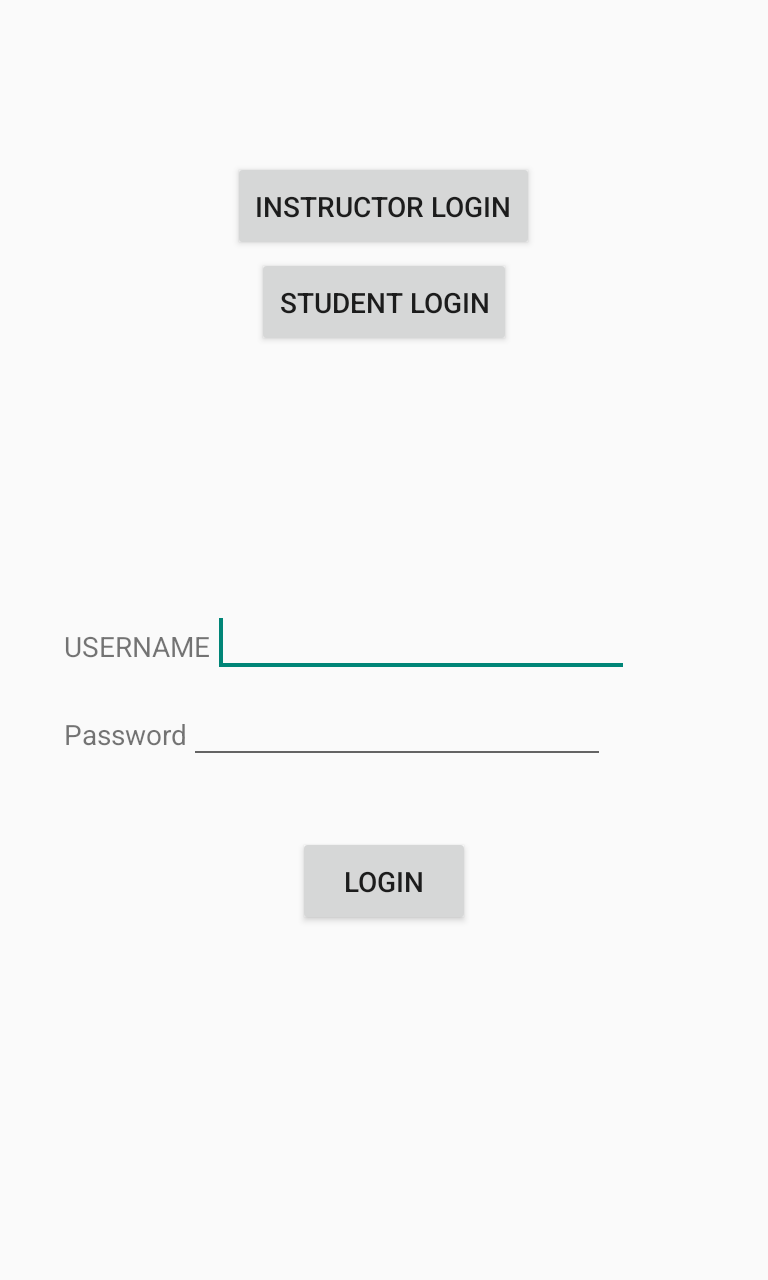
Repository: shuktika12163/ReWise
Layout: ReWise/res/layout/activity_main_login.xml
An editor plug-in stored every save of this project. The layout is shown before and after the next save, followed by the edit.
It is drawn on a 768 x 1280 px phone screen (xhdpi) without system bars, with theme AppTheme; the app's code is not run.

Above is the layout before, as saved 2014-10-29 13:30:50.

After the next save:
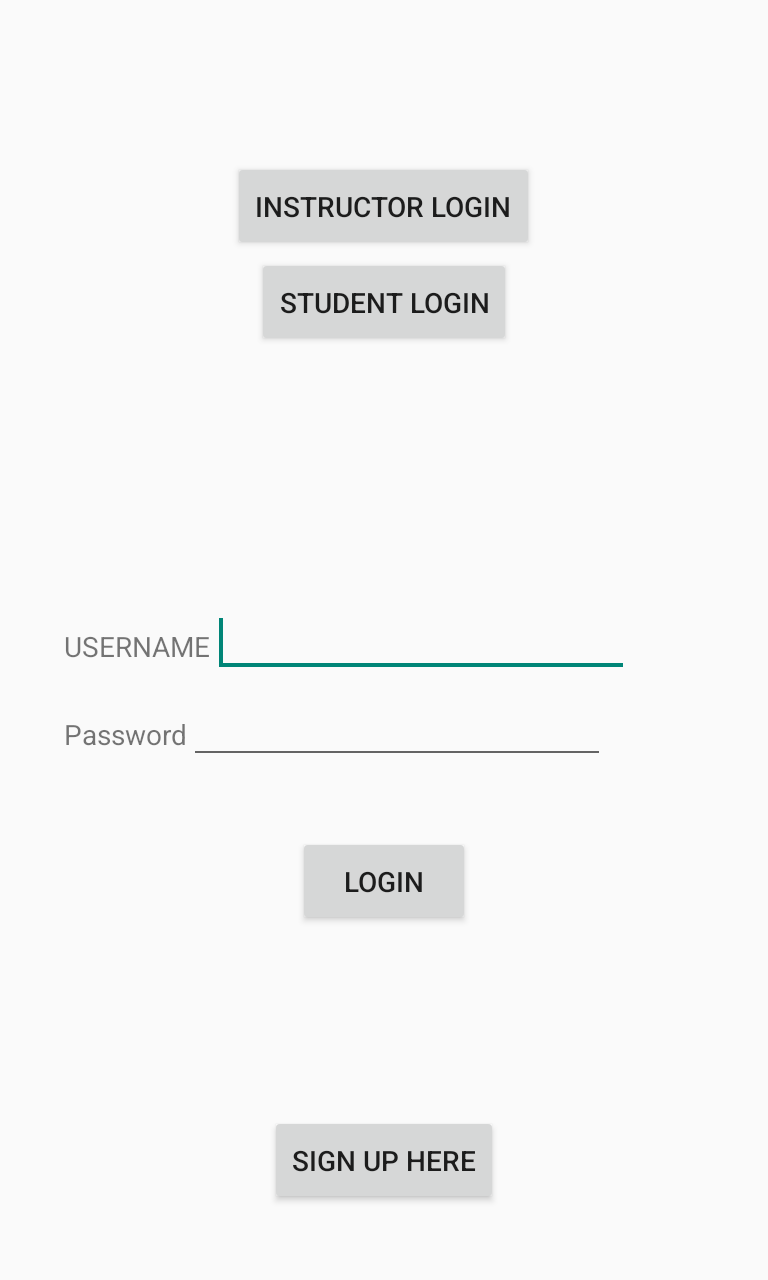
Saved 107 s later.
--- a/ReWise/res/layout/activity_main_login.xml
+++ b/ReWise/res/layout/activity_main_login.xml
@@ -75,4 +75,13 @@
         android:layout_centerHorizontal="true"
         android:text="Student Login" />
 
+    <Button
+        android:id="@+id/button1"
+        android:layout_width="wrap_content"
+        android:layout_height="wrap_content"
+        android:layout_alignParentBottom="true"
+        android:layout_centerHorizontal="true"
+        android:layout_marginBottom="20dp"
+        android:text="Sign up here" />
+
 </RelativeLayout>
